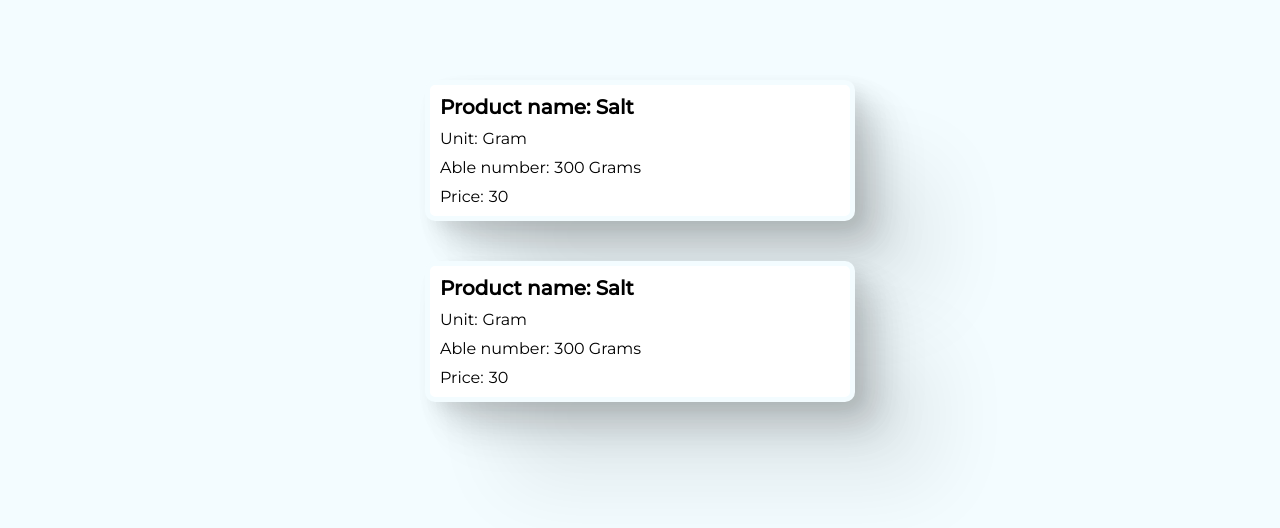
Repository: OlexandraKovach2/Vue
Page: / (app in vuexam/brila-exam/)
The author's editor kept a copy of each file at every save. The page is drawn from the files as they stood at one save, then again after the next save.
The browser window is 1280 px wide. The pictures show the whole page.
The project was rebuilt for these pictures with package versions that can differ from the ones it lists, and the page was loaded fresh each time. Also part of the build but not shown: vuexam/brila-exam/vue.config.js.

Above is the page before, as saved 2022-11-08 21:59:00.

### vuexam/brila-exam/public/index.html
<!DOCTYPE html>
<html lang="">
  <head>
    <meta charset="utf-8">
    <meta http-equiv="X-UA-Compatible" content="IE=edge">
    <meta name="viewport" content="width=device-width,initial-scale=1.0">
    <link rel="icon" href="<%= BASE_URL %>favicon.ico">
    <title><%= htmlWebpackPlugin.options.title %></title>
  </head>
  <body>
    <noscript>
      <strong>We're sorry but <%= htmlWebpackPlugin.options.title %> doesn't work properly without JavaScript enabled. Please enable it to continue.</strong>
    </noscript>
    <div id="app"></div>
    <!-- built files will be auto injected -->
  </body>
</html>

<style>

  *{
    padding: 0px;
    margin: 0px;
  }
  body{
    background-color: rgb(243, 252, 255);
  }

</style>

### vuexam/brila-exam/src/main.js
import { createApp } from 'vue'
import App from './App.vue'
import store from '@/store'

createApp(App).use(store).mount('#app')

### vuexam/brila-exam/src/App.vue
<template>
  <div>
    <ObjectTable :listData="list"/>
  </div>
</template>

<script>
  import { mapGetters } from 'vuex';
  import ObjectTable from "./components/ObjectTable";
  export default {
    name: "App",
    components: {
      ObjectTable,
    },
    computed: {
      ...mapGetters(['list']),
    },
  }
</script>

<style lang="scss" scoped>
@import url('https://fonts.googleapis.com/css2?family=Montserrat:wght@100;200;300;400;500&display=swap');
*{
  font-family: 'Montserrat', sans-serif;
}
</style>

### vuexam/brila-exam/src/store/index.js
import {createStore} from 'vuex'

const store = createStore({
    state: {
        list: [
            {
                id: 1,
                name: "Salt",
                unit: "Gram",
                count: "300",
                cost: 30
            },
            {
                id: 2,
                name: "Salt",
                unit: "Gram",
                count: "300",
                cost: 30
            }
        ]
    },
    getters: {
        list: state => {
            return state.list;
        }
    },
});

export default store;

### vuexam/brila-exam/src/components/ObjectTable/index.vue
<template>
    <div class="objectTable">
        <div class="object">
        <ObjectBase v-for="item in listData"
        :key="item.id"
        :id="item.id"
        :name="item.name"
        :unit="item.unit"
        :count="item.count"
        :cost="item.cost"
        />
        </div>
    </div>
</template>

<script>
    import ObjectBase from "./ObjectBase.vue"
    export default {
        name: "ObjectTable",
        components: {
            ObjectBase,
        },
        props: {
            listData: {
                type: Array,
                default: () => []
            },
        },
    }
</script>

<style lang="scss" scoped>
.object{
    display: flex;
    flex-direction: column;
    margin-top: 40px;
}
.objectTable{
    display: flex;
    justify-content: center;
}
</style>

### vuexam/brila-exam/src/components/ObjectTable/ObjectBase.vue
<template>
    <div class="ObjectCard">
        <div class="info-row name">
            <div>Product name: </div>
            <div>{{name}}</div>
        </div>
        <div class="info-row">
            <div>Unit: </div>
            <div>{{unit}}</div>
        </div>
        <div class="info-row">
            <div>Able number: </div>
            <div>{{count}} {{unit}}s</div>
        </div>
        <div class="info-row">
            <div>Price: </div>
            <div>{{cost}}</div>
        </div>
    </div>
</template>

<script>
    import { mapGetters } from 'vuex'
    export default {
        name: "ObjectBase",
        computed: {
        ...mapGetters(['list']),
        },
        props: {
            id: {
                type: Number,
                default: 0
            },
            name: {
                type: String,
                default: "None name"
            },
            unit: {
                type: String,
                default: "kilo"
            },
            count: {
                type: Number,
                default: 1
            },
            cost: {
                type: Number,
                default: 10
            }
        },
    }
</script>

<style lang="scss" scoped>
.ObjectCard{
    margin-top: 40px;
    background-color: white;
    width: 400px;
    border-radius: 10px;
    border: 5px solid rgb(243, 252, 255);
    box-shadow:
  6.6px 6.7px 13.7px rgba(0, 0, 0, 0.04),
  12.9px 13.2px 25.3px rgba(0, 0, 0, 0.053),
  19.2px 19.6px 34.3px rgba(0, 0, 0, 0.057),
  25.9px 26.5px 40.9px rgba(0, 0, 0, 0.057),
  35.7px 36.6px 47.2px rgba(0, 0, 0, 0.057),
  82px 84px 80px rgba(0, 0, 0, 0.07);
  display: flex;
  flex-direction: column;
  gap: 10px;
  padding: 10px;
  transition: 0.3s;
}
.ObjectCard:hover{
    scale: 1.1;
}
.info-row{
    display: flex;
    gap: 5px;
    transition: 0.3s;
}
.info-row:hover{
    scale: 1.04;
}
.name{
    font-size: 20px;
    font-weight: 600;
}
</style>

After the next save:
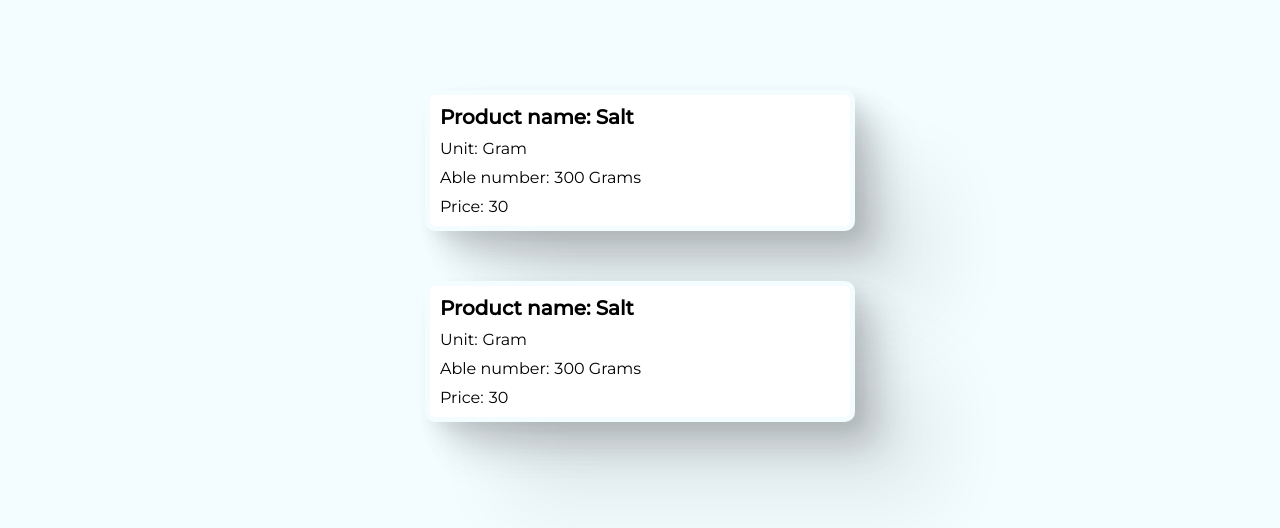
Saved 14 s later.
--- a/vuexam/brila-exam/src/components/ObjectTable/ObjectBase.vue
+++ b/vuexam/brila-exam/src/components/ObjectTable/ObjectBase.vue
@@ -53,7 +53,7 @@
 
 <style lang="scss" scoped>
 .ObjectCard{
-    margin-top: 40px;
+    margin-top: 50px;
     background-color: white;
     width: 400px;
     border-radius: 10px;
